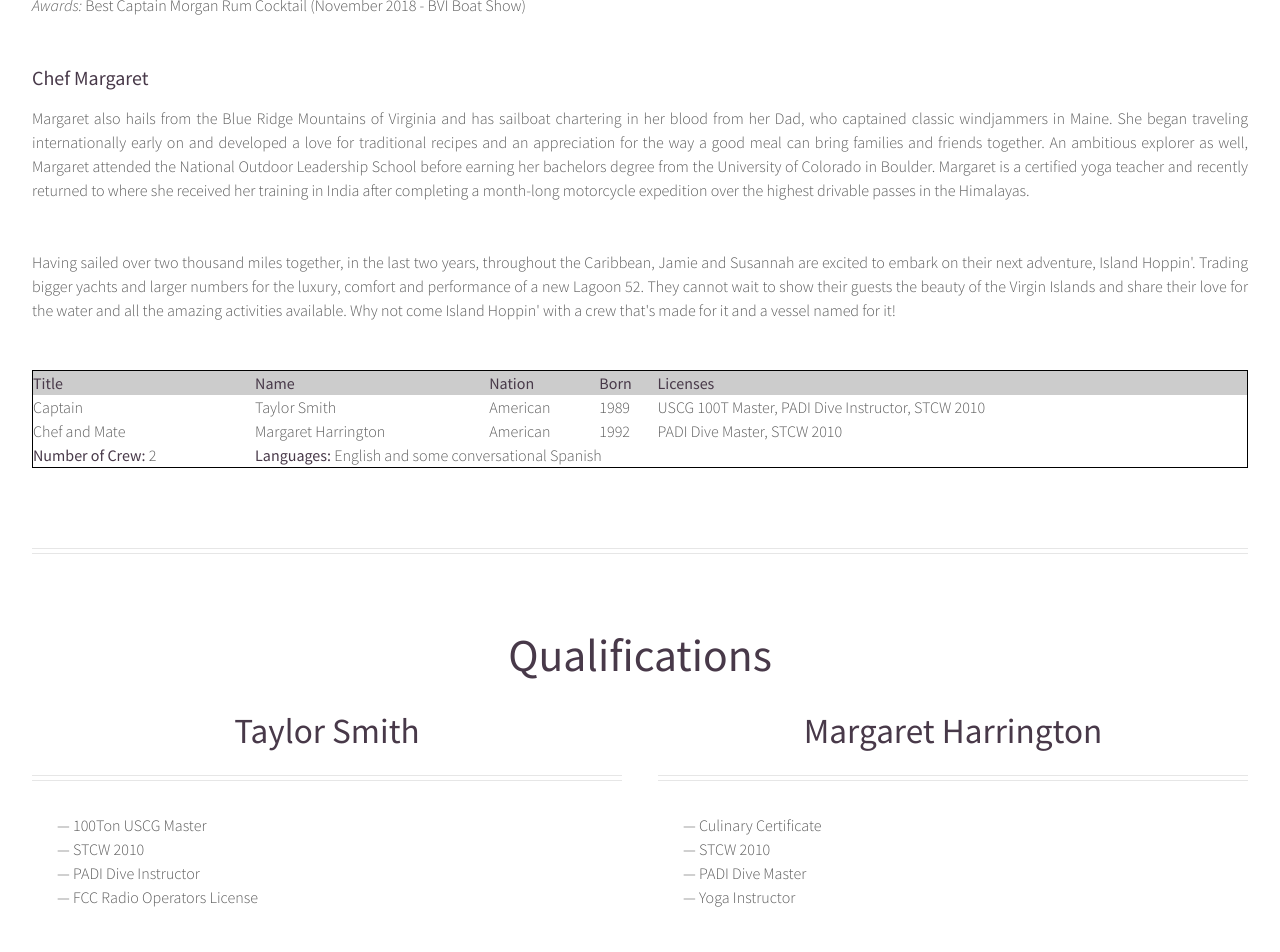
Repository: islandhoppin/website_production
Page: Crew.html
The author's editor kept a record of every edit. The page is drawn from the files as they stood at one moment, then again after the next edit.
The browser window is 1280 px wide. The pictures show the part of the page from y = 2408 to 3360 px (the page is 4718 px tall before and 4598 px after).
A picture or video elsewhere on the page could not be fetched, so the positions and the page height are approximate. Some web fonts or font styles are not loaded; a fallback is used.

Above is the page before.

After the next edit:
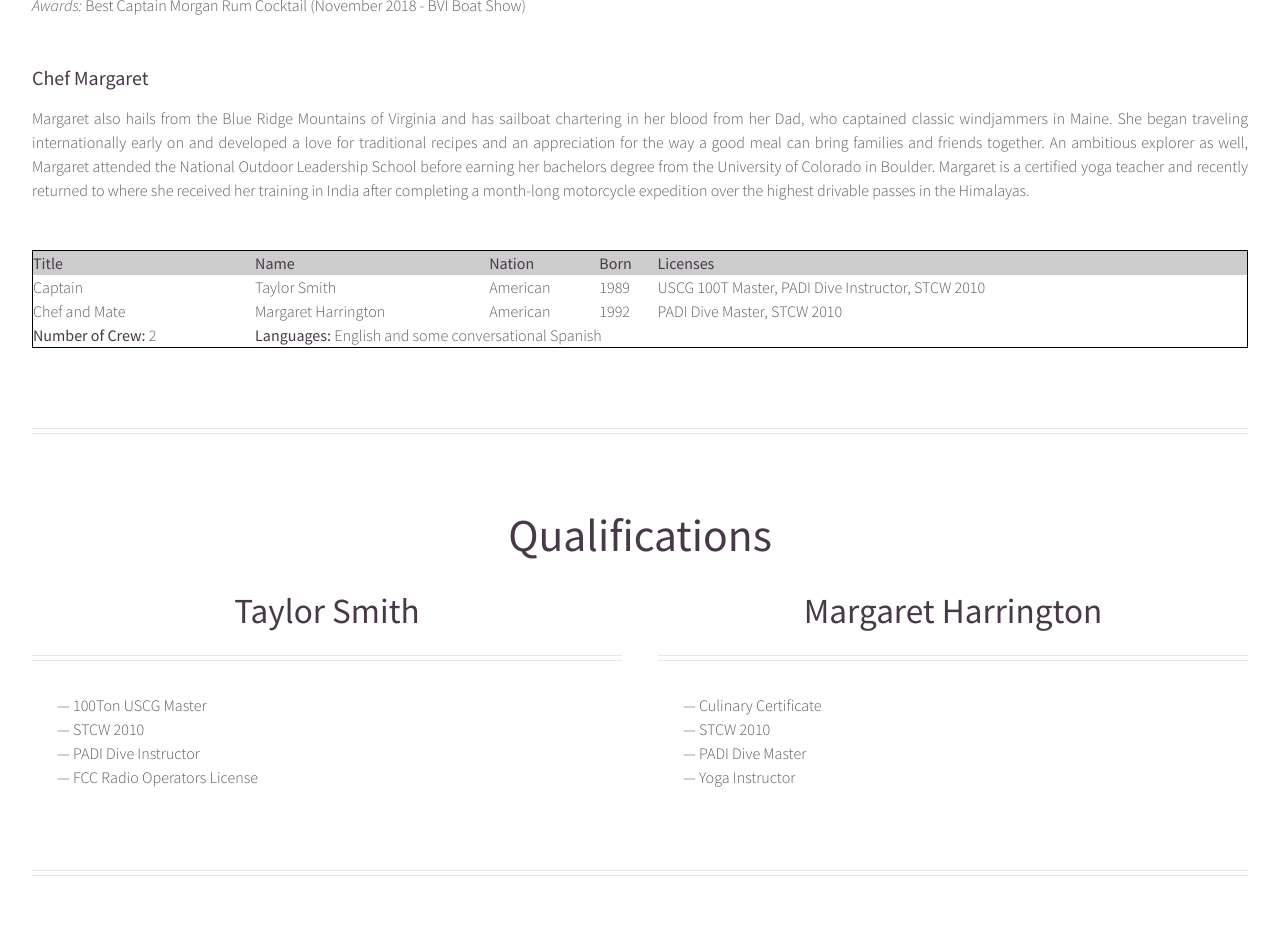
The edit:
--- a/Crew.html
+++ b/Crew.html
@@ -166,14 +166,6 @@
 										Margaret is a certified yoga teacher and recently returned to where she received her training in India after completing a month-long motorcycle expedition over the highest drivable passes in the Himalayas.
 									</p>
 								</section>
-								<section>
-									<p>
-										Having sailed over two thousand miles together, in the last two years, throughout the Caribbean, Jamie and Susannah are excited to
-										embark on their next adventure, Island Hoppin'. Trading bigger yachts and larger numbers for the luxury, comfort and performance
-										of a new Lagoon 52. They cannot wait to show their guests the beauty of the Virgin Islands and share their love for the water and
-										all the amazing activities available. Why not come Island Hoppin' with a crew that's made for it and a vessel named for it!
-									</p>
-								</section>
 								<table cellpadding='3' border=1 style='border-collapse:collapse;width:100%;border: 1px solid #000000;'>
 									<tr bgcolor='#cccccc'><td><strong>Title</strong></td><td><strong>Name</strong></td><td><strong>Nation</strong></td><td><strong>Born</strong></td><td><strong>Licenses</strong></td></tr>
 									<tr><td>Captain</td><td align='left'>Taylor Smith</td><td >American</td><td >1989</td><td >USCG 100T Master, PADI Dive Instructor, STCW 2010</td></tr>
